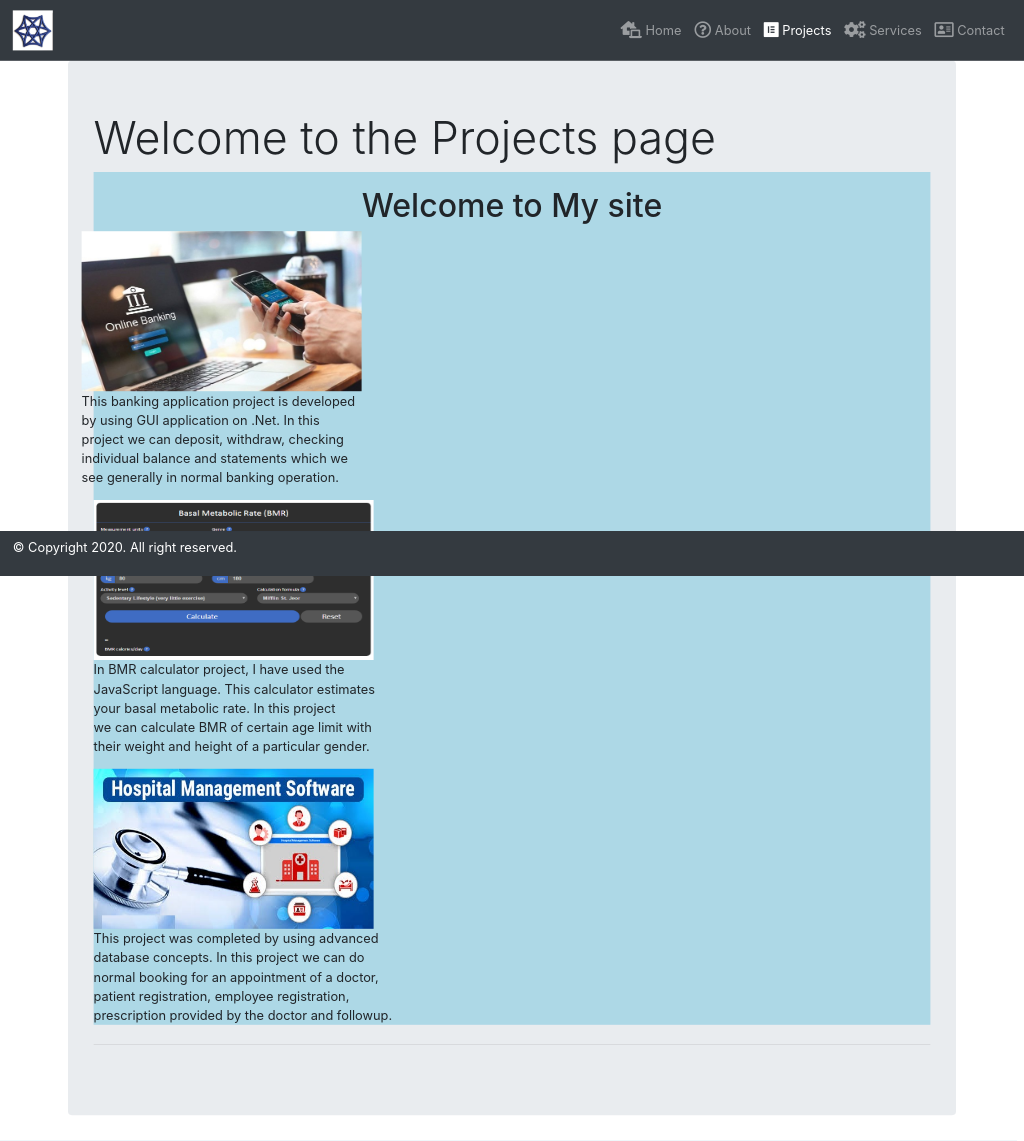
Repository: laxmangothe2020/COMP229Assignment
Page: http://localhost/projects
The author's editor kept a copy of each file at every save. The page is drawn from the files as they stood at one save, then again after the next save.
The browser window is 1280 px wide. The pictures show the whole page, at 80% of full size.
The page is served by the project's Node server (server.js).

Above is the page before, as saved 2021-02-11 21:00:29.

After the next save:
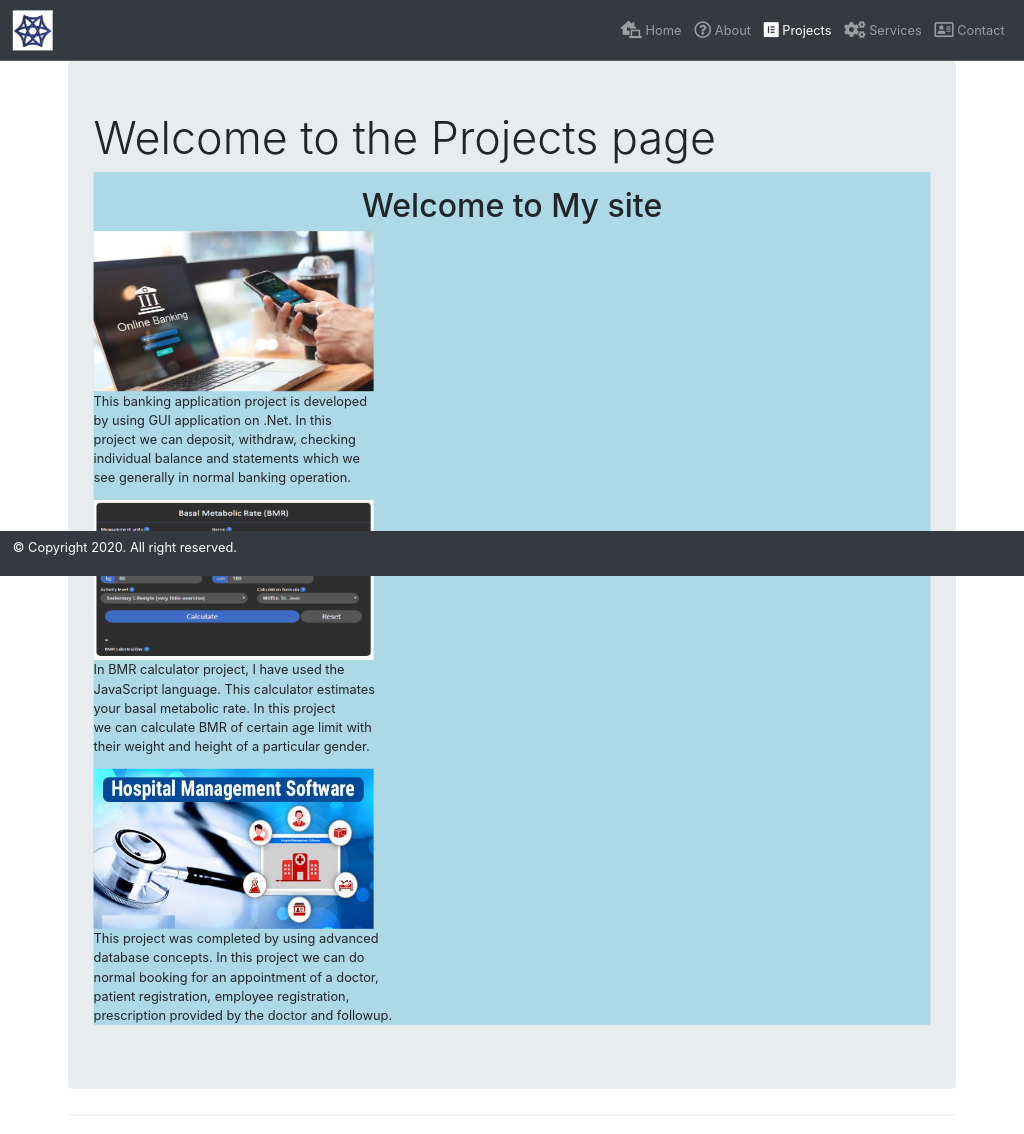
Saved 97 s later.
--- a/views/partials/projects.ejs
+++ b/views/partials/projects.ejs
@@ -4,8 +4,7 @@
         <h1 style="text-align:center;">Welcome to My site</h1>
         <div style="width: 100%;height:100%;background-color:lightblue;"></div>
           <div id="contentEditable">
-            <div class="row">
-             <div class="column">
+
               <img src="./Assets/images/banking.jpg" width="350" height="200">
               <p> This banking application project is developed<br>
                  by using GUI application on .Net. In this  <br>
@@ -13,7 +12,7 @@
                  individual balance and statements which we <br>
                  see generally in normal banking operation.</p>
             </div>
-        </div>
+
 
            <div class="column">
              <img src="./Assets/images/bmr.png" width="350" height="200" >
